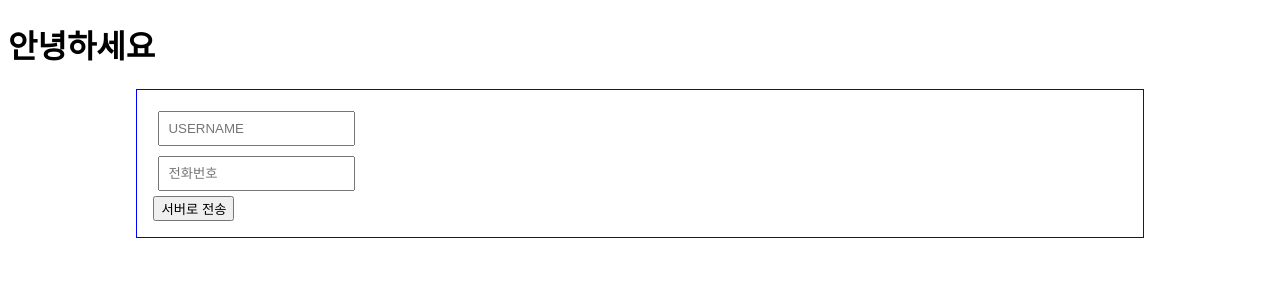
Repository: witchbroom/Biz_Spring_2022_505
Page: http://localhost/SpMVC_003_SchoolV4/
The author's editor kept a copy of each file at every save. The page is drawn from the files as they stood at one save, then again after the next save.
The browser window is 1280 px wide. The pictures show the whole page.
The page is served by Tomcat 9. Other server files are loaded and not shown.

Above is the page before, as saved 2022-05-03 05:05:12.

### SpMVC_003_SchoolV4/src/main/webapp/WEB-INF/views/home.jsp
<%@ page language="java" contentType="text/html; charset=UTF-8"
	pageEncoding="UTF-8"%>
<%@ taglib uri="http://java.sun.com/jsp/jstl/core" prefix="c"%>
<c:set value="${pageContext.request.contextPath}" var="rootPath" />
<!DOCTYPE html>
<html>
<head>
<meta charset="UTF-8">
<title>Insert title here</title>
<style>
form {
	width: 80%;
	margin: 20px auto;
}

fieldset {
	border: 1px solid blue;
	padding: 1rem;
}

form div {
	width: 80%;
}
form label, form input{
display:inline-block;
padding:8px;
margin:5px;
}
</style>
</head>
<body>
	<h1>안녕하세요</h1>
	<form method="POST">
		<fieldset>
			<div>
				<input name="username" placeholder="USERNAME">
			</div>
			<div>
				<input name="tel" placeholder="전화번호">
			</div>
			<button>서버로 전송</button>
		</fieldset>
	</form>
</body>
</html>

After the next save:
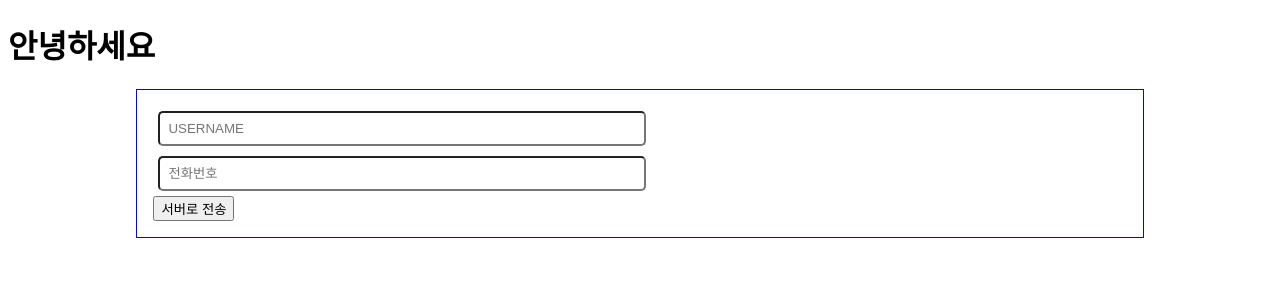
Saved 64 s later.
--- a/SpMVC_003_SchoolV4/src/main/webapp/WEB-INF/views/home.jsp
+++ b/SpMVC_003_SchoolV4/src/main/webapp/WEB-INF/views/home.jsp
@@ -26,6 +26,14 @@ display:inline-block;
 padding:8px;
 margin:5px;
 }
+form label{
+width:30%;
+text-align:left;
+}
+form input{
+width:60%;
+border-radius:5px;
+}
 </style>
 </head>
 <body>
